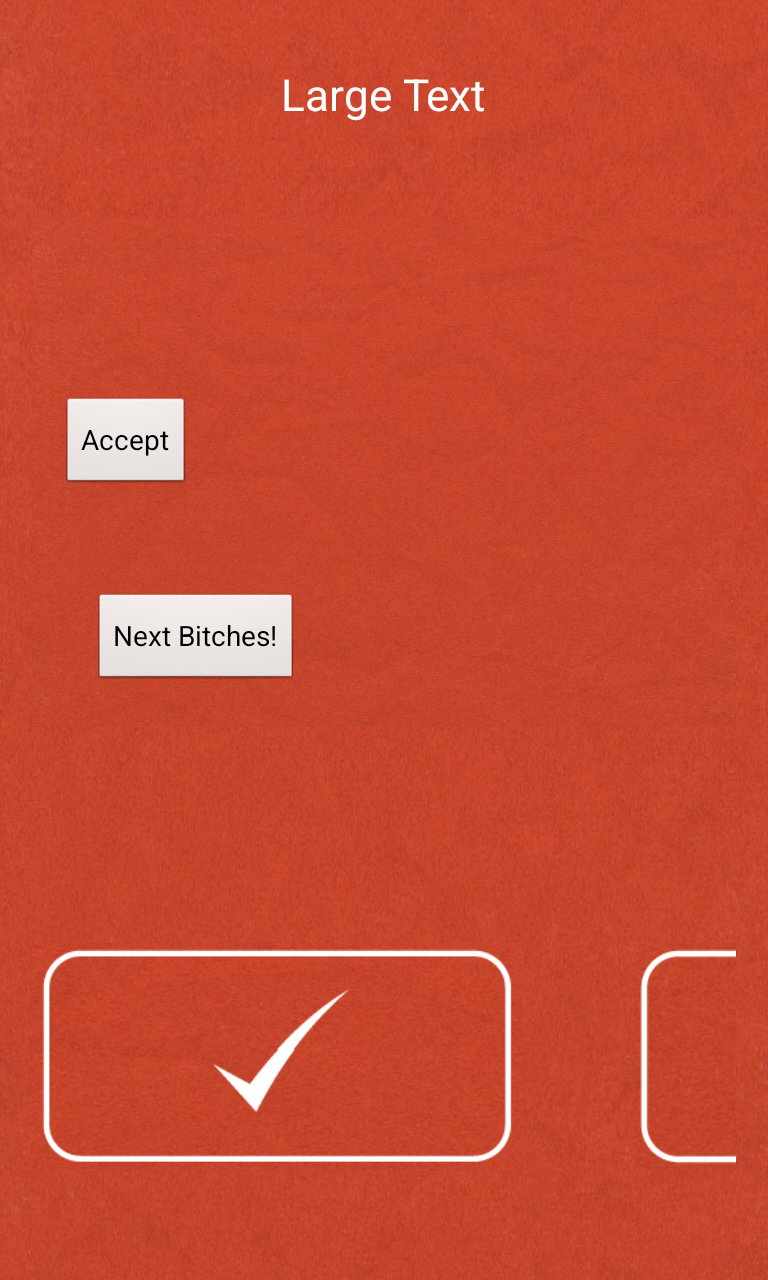
Repository: imhossu/FeedJulia
Layout: FeedJulia/res/layout/activity_place.xml
An editor plug-in stored every save of this project. The layout is shown before and after the next save, followed by the edit.
It is drawn on a 768 x 1280 px phone screen (xhdpi) without system bars, with theme android:Theme.NoTitleBar; the app's code is not run.

Above is the layout before, as saved 2014-01-26 05:23:43.

### FeedJulia/res/layout/activity_place.xml
<RelativeLayout xmlns:android="http://schemas.android.com/apk/res/android"
    xmlns:tools="http://schemas.android.com/tools"
    android:layout_width="match_parent"
    android:layout_height="fill_parent"
    android:background="@drawable/red"
    android:paddingBottom="@dimen/activity_vertical_margin"
    android:paddingLeft="@dimen/activity_horizontal_margin"
    android:paddingRight="@dimen/activity_horizontal_margin"
    android:paddingTop="@dimen/activity_vertical_margin" >

    tools:context=".Place" >

    <TextView
        android:id="@+id/title"
        android:layout_width="wrap_content"
        android:layout_height="wrap_content"
        android:layout_alignParentTop="true"
        android:layout_centerHorizontal="true"
        android:layout_marginTop="16dp"
        android:text="Large Text"
        android:textAppearance="?android:attr/textAppearanceLarge"
        android:textColor="#ffffff"/>


    <ImageView
        android:id="@+id/image"
        android:layout_width="wrap_content"
        android:layout_height="wrap_content"
        android:layout_below="@+id/textView1"
        android:layout_centerHorizontal="true"
        android:src="@drawable/red" />

    <Button
        android:id="@+id/accept"
        android:layout_width="wrap_content"
        android:layout_height="wrap_content"
        android:layout_above="@+id/next"
        android:layout_alignLeft="@+id/image"
        android:layout_marginBottom="50dp"
        android:layout_marginLeft="14dp"
        android:text="Accept" />

    <Button
        android:id="@+id/next"
        android:layout_width="wrap_content"
        android:layout_height="wrap_content"
        android:layout_alignLeft="@+id/accept"
        android:layout_centerVertical="true"
        android:layout_marginLeft="16dp"
        android:text="Next Bitches!" />

    <LinearLayout
        android:layout_width="wrap_content"
        android:layout_height="wrap_content"
        android:layout_alignParentLeft="true"
        android:layout_below="@+id/image"
        android:layout_marginTop="15dp"
        android:weightSum="100" >

        <ImageView
            android:id="@+id/acceptResult"
            android:src="@drawable/accept"
            android:layout_width="0dp"
        	android:layout_height="wrap_content"
        	android:layout_weight="50"/>

        <ImageView
            android:id="@+id/nextResult"
            android:layout_width="fill_parent"
            android:layout_height="wrap_content"
            android:src="@drawable/next" />

    </LinearLayout>

</RelativeLayout>

Loaded but not shown: FeedJulia/res/values/dimens.xml (common file)

After the next save:
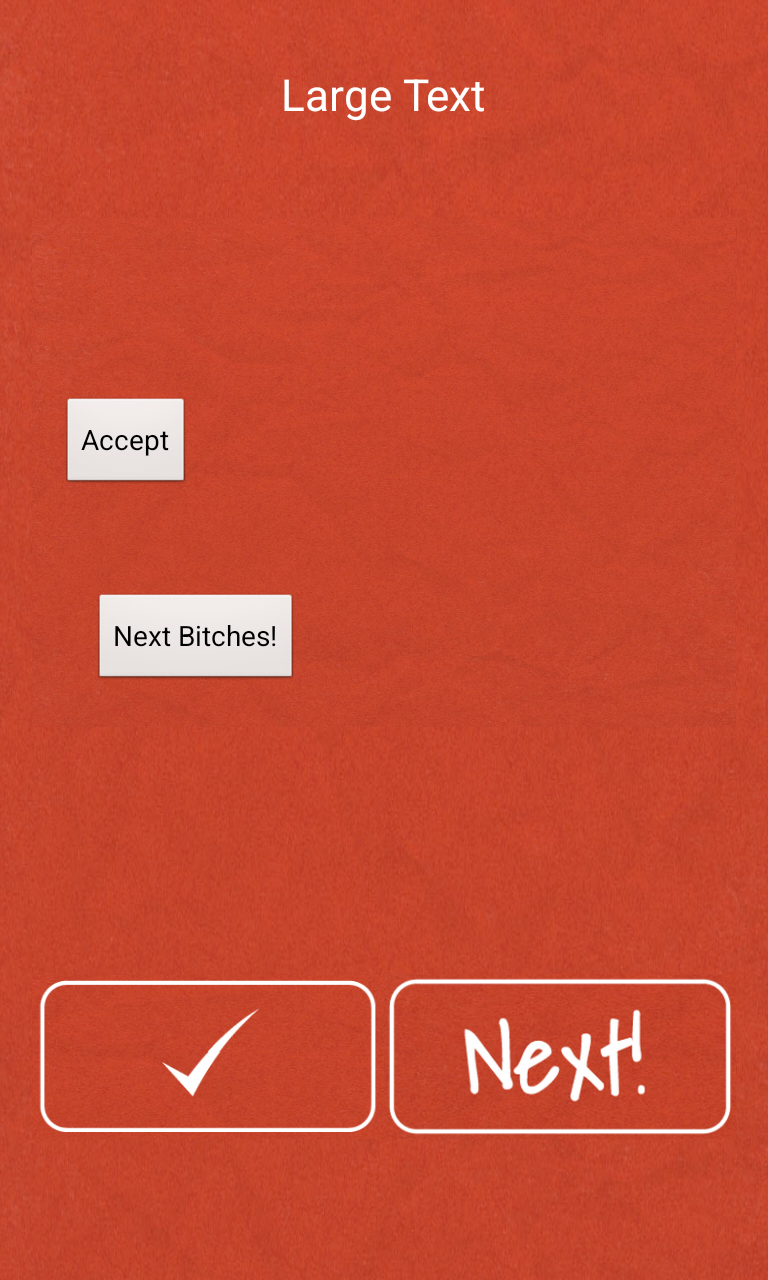
Saved 10 s later.
--- a/FeedJulia/res/layout/activity_place.xml
+++ b/FeedJulia/res/layout/activity_place.xml
@@ -66,8 +66,9 @@
 
         <ImageView
             android:id="@+id/nextResult"
-            android:layout_width="fill_parent"
-            android:layout_height="wrap_content"
+            android:layout_width="0dp"
+        	android:layout_height="wrap_content"
+        	android:layout_weight="50"
             android:src="@drawable/next" />
 
     </LinearLayout>
